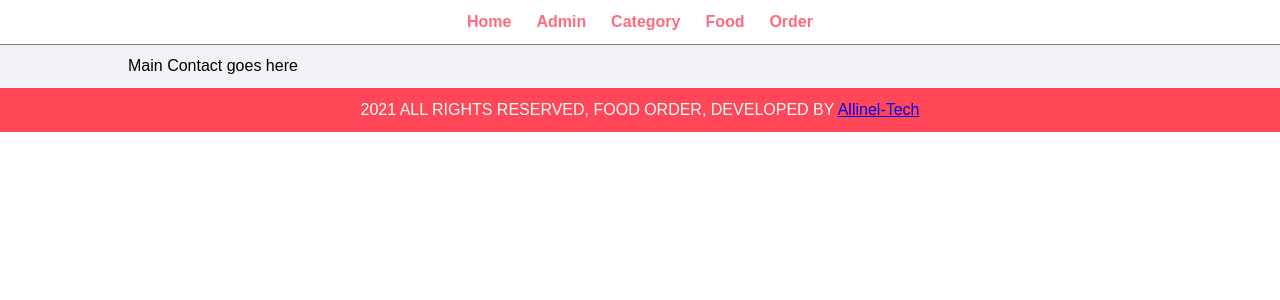
Repository: yazshrilld/food_order
Page: http://localhost/admin/index.php
These files come from the project's save history. The page is drawn as it stood at one moment and after a run of saves; the edit follows.
The browser window is 1280 px wide. The pictures show the whole page.
The page is run by PHP 8.4 with error messages shown; the project is at /var/www/html/.

Above is the page before, as saved 2021-01-24 16:32:40.

### admin/index.php
    <html>
    <head>
        <title>Food Order Website - Home Page</title>
        <link rel="stylesheet" href="../css/admin.css">
    </head>
    <body>
        <!-- Menu Section Starts -->
            <div class="menu text-center">
                <div class="wrapper">
                    <ul>
                        <li><a href="">Home</a></li>
                        <li><a href="">Admin</a></li>
                        <li><a href="">Category</a></li>
                        <li><a href="">Food</a></li>
                        <li><a href="">Order</a></li>
                    </ul>
                </div>
            </div>
        <!-- Menu Section Ends -->

        <!-- Main Content Section Starts -->
            <div class="main-content">
                <div class="wrapper">
                    Main Contact goes here
                </div>
            </div>
        <!-- Main Content Section Ends -->

        <!-- Footer Section Starts -->
            <div class="footer">
                <div class="wrapper">
                    <p class="text-center">2021 ALL RIGHTS RESERVED, FOOD ORDER, DEVELOPED BY <a href="#">Allinel-Tech</a></p>
                </div>
            </div>
        <!-- Footer Section Ends -->

    </body>
</html>

### css/admin.css
/*
    Author: Musa Yazid
    Theme: Food Order Website Admin
    Version: 1.0
*/

* {
    margin: 0;
    padding: 0;
    font-family: Arial, Helvetica, sans-serif;
}

.wrapper {
    padding: 1%;
    width: 80%;
    margin: 0 auto;
}

.text-center {
    text-align: center;
}
/* CSS for Menu */
.menu {
    border-bottom: 1px solid grey;
}
.menu ul {
    list-style-type: none;
}
.menu ul li {
    display: inline;
    padding: 1%;
}
.menu ul li a {
    text-decoration: none;
    font-weight: bold;
    color: #ff6b81;
}
.menu ul li a:hover {

    color: #ff4757;
}

/* CSS for main-content */

.main-content {
    background-color: #f1f2f6;
}

/* CSS for footer */
.footer {
    background-color: #ff4757;
    color: white;
}

After the next 6 saves:
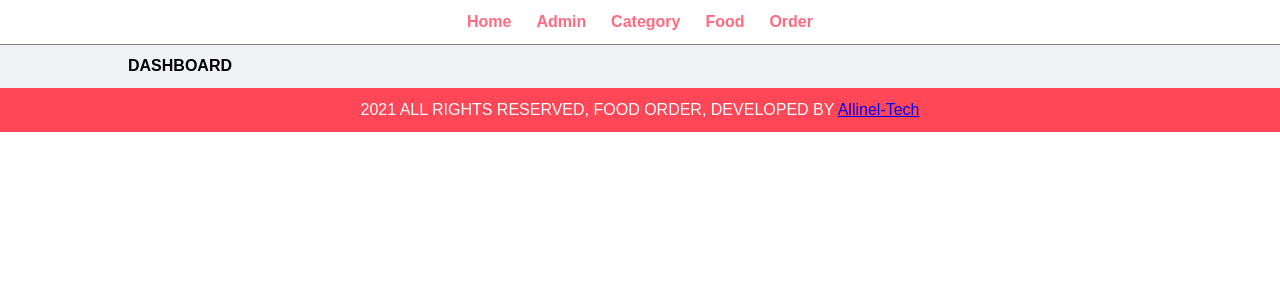
The 6 saves are shown as one change because they came seconds apart.
The last was saved 83 s later.
--- a/admin/index.php
+++ b/admin/index.php
@@ -21,7 +21,7 @@
         <!-- Main Content Section Starts -->
             <div class="main-content">
                 <div class="wrapper">
-                    Main Contact goes here
+                    <strong>DASHBOARD</strong>
                 </div>
             </div>
         <!-- Main Content Section Ends -->
